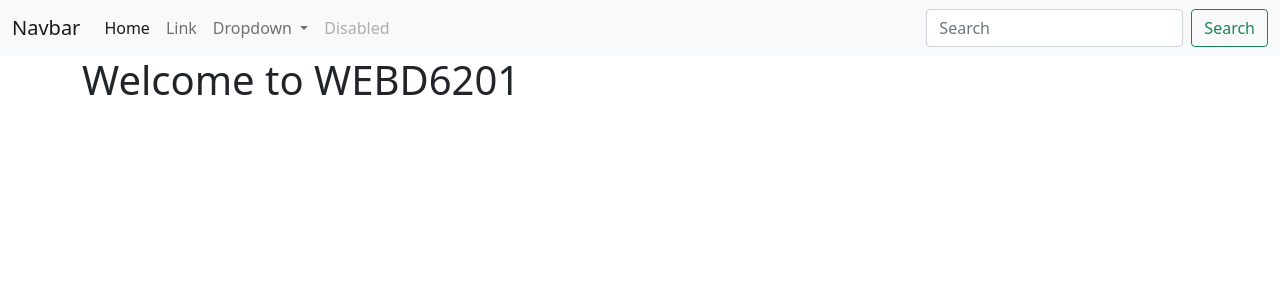
Repository: evanpalmer002/WEBD6201-W2021-Week2A
Page: week2a/index.html
An editor plug-in stored every save of this project. The page is shown before and after the next save, followed by the edit.
The browser window is 1280 px wide. The pictures show the whole page.

Above is the page before, as saved 2021-01-19 09:26:13.

After the next save:
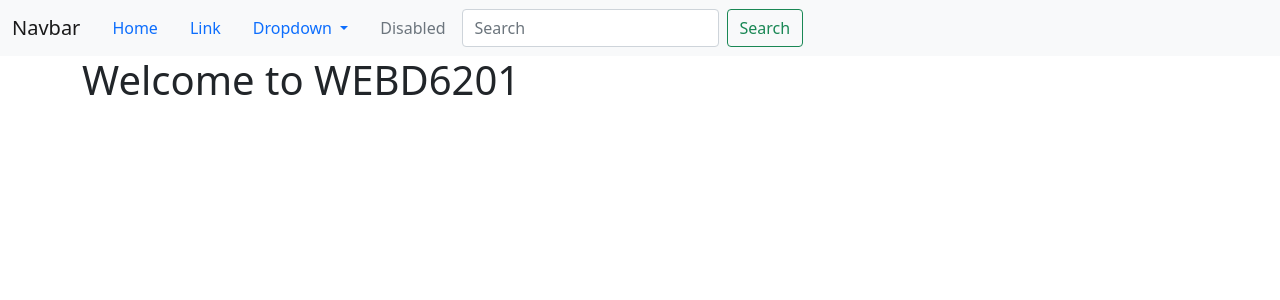
Saved 48 s later.
--- a/week2a/index.html
+++ b/week2a/index.html
@@ -21,7 +21,7 @@
                 <span class="navbar-toggler-icon"></span>
               </button>
               <div class="collapse navbar-collapse" id="navbarSupportedContent">
-                <ul class="navbar-nav me-auto mb-2 mb-lg-0">
+                <ul class="nav justify-content-end">
                   <li class="nav-item">
                     <a class="nav-link active" aria-current="page" href="#">Home</a>
                   </li>
